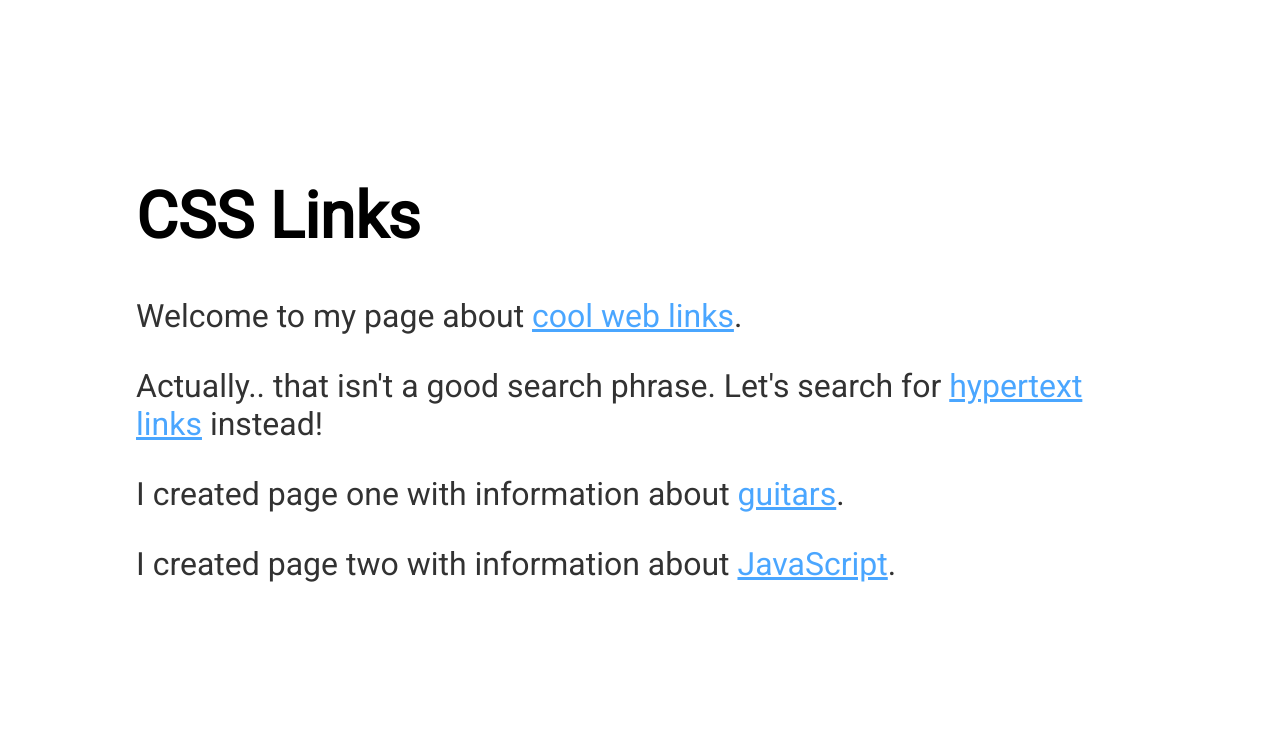
Repository: madhurik9999/Css
Page: index.html
The author's editor kept a copy of each file at every save. The page is drawn from the files as they stood at one save, then again after the next save.
The browser window is 1280 px wide. The pictures show the whole page.

Above is the page before, as saved 2023-12-11 12:03:08.

### index.html
<!DOCTYPE html>
<html lang="en">

<head>
    <meta charset="UTF-8">
    <meta http-equiv="X-UA-Compatible" content="IE=edge">
    <meta name="viewport" content="width=device-width, initial-scale=1.0">
    <title>CSS Links</title>
    <link rel="stylesheet" href="styles/style.css">
</head>

<body>
    <header>
        <h1>CSS Links</h1>
    </header>
    <main>
        <p>Welcome to my page about <a href="https://www.google.com/search?q=+web+links">cool web links</a>.</p>

        <p>Actually.. that isn&apos;t a good search phrase. Let's search for <a
                href="https://www.google.com/search?q=hypertext+links">hypertext links</a> instead!</p>

        <p>I created page one with information about <a href="one.html">guitars</a>.</p>

        <p>I created page two with information about <a href="two.html">JavaScript</a>.</p>
    </main>
</body>

</html>

### styles/style.css
/* Links: Active,
hover,
visited,
focus  */
@import url('https://fonts.googleapis.com/css2?family=Roboto&display=swap');

body {
    padding: 10%;
    font-size: 2rem;
    font-family: 'Roboto', sans-serif;
}

main {
    opacity: 0.8;
}

a {
    color: dodgerblue;
}

a:hover,
a:focus {
    /* color: hsl(189, 100%, 56%); */
    opacity: 0.8;
}

a:visited {
    color: purple;
}

a:active {
    color: pink;
}

After the next save:
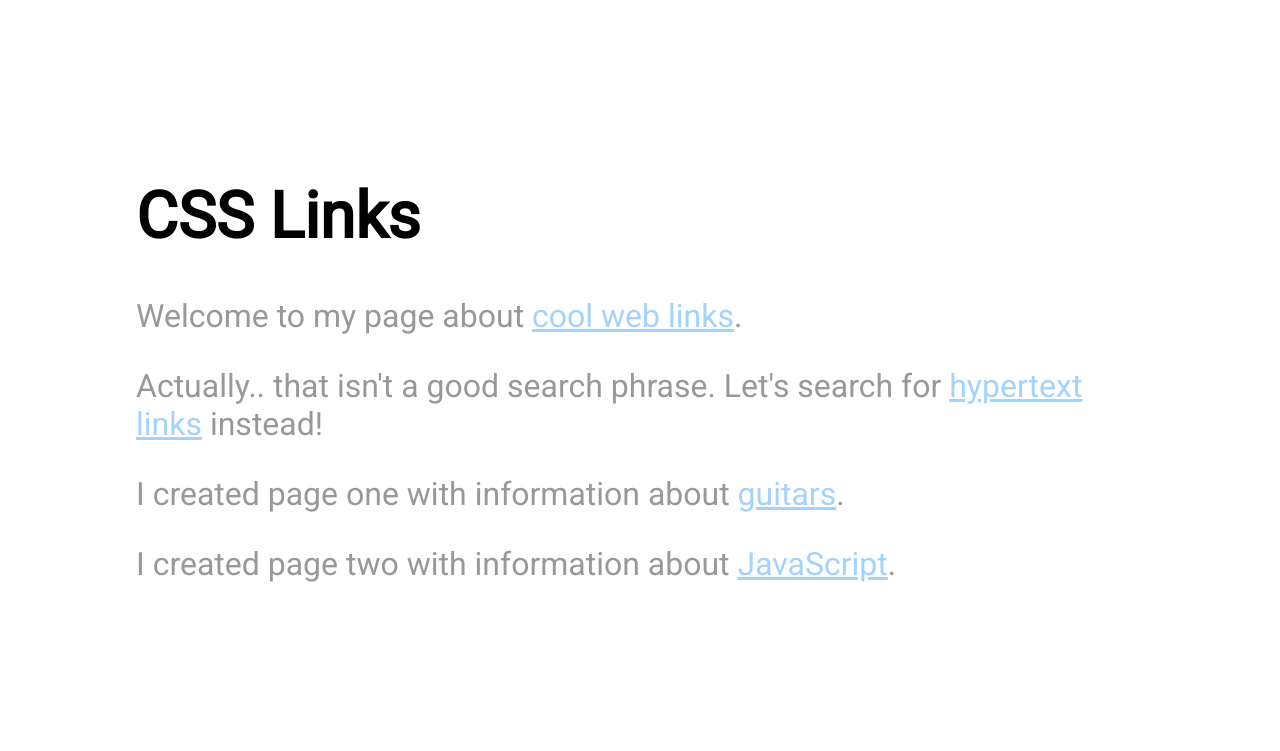
Saved 5 s later.
--- a/styles/style.css
+++ b/styles/style.css
@@ -11,7 +11,7 @@ body {
 }
 
 main {
-    opacity: 0.8;
+    opacity: 0.4;
 }
 
 a {
